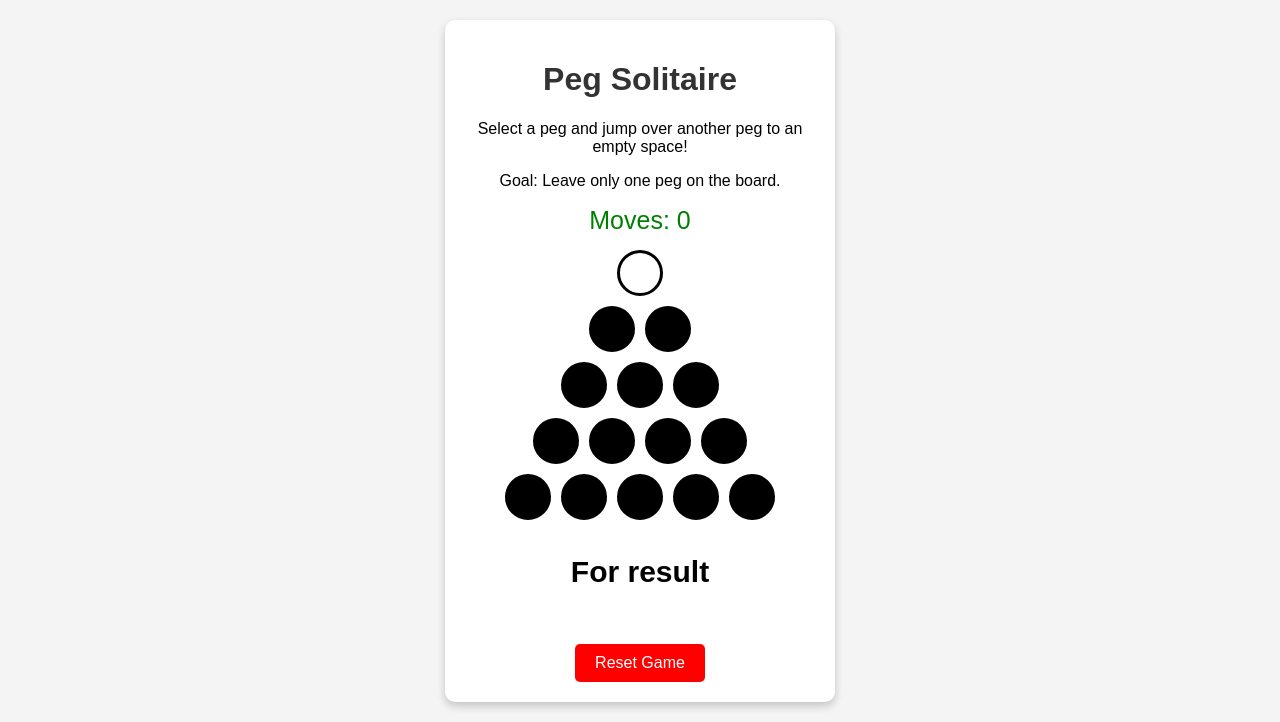
Repository: Yash19075/Mathematical-Peg-game
Page: Peg-game.html
The author's editor kept a copy of each file at every save. The page is drawn from the files as they stood at one save, then again after the next save.
The browser window is 1280 px wide. The pictures show the whole page.

Above is the page before, as saved 2025-03-19 11:06:23.

### Peg-game.html
<!DOCTYPE html>
<html lang="en">
<head>
    <meta charset="UTF-8">
    <meta name="viewport" content="width=device-width, initial-scale=1.0">
    <title>Peg Solitaire</title>
    <link rel="stylesheet" href="Peg-game.css">
</head>
<body>

    <div class="container">
        <h1>Peg Solitaire</h1>
        <p>Select a peg and jump over another peg to an empty space!</p>
        <p>Goal: Leave only one peg on the board.</p>

        <div class="move-counter">Moves: 0</div>

        <div class="peg-board">
            <div class="row">
                <div class="peg" onclick="selectPeg(event)"></div>
            </div>
            <div class="row">
                <div class="peg" onclick="selectPeg(event)"></div>
                <div class="peg" onclick="selectPeg(event)"></div>
            </div>
            <div class="row">
                <div class="peg" onclick="selectPeg(event)"></div>
                <div class="peg" onclick="selectPeg(event)"></div>
                <div class="peg" onclick="selectPeg(event)"></div>
            </div>
            <div class="row">
                <div class="peg" onclick="selectPeg(event)"></div>
                <div class="peg" onclick="selectPeg(event)"></div>
                <div class="peg" onclick="selectPeg(event)"></div>
                <div class="peg" onclick="selectPeg(event)"></div>
            </div>
            <div class="row">
                <div class="peg" onclick="selectPeg(event)"></div>
                <div class="peg" onclick="selectPeg(event)"></div>
                <div class="peg" onclick="selectPeg(event)"></div>
                <div class="peg" onclick="selectPeg(event)"></div>
                <div class="peg" onclick="selectPeg(event)"></div>
            </div>
        </div>
        <p class="Result">For result</p>
        <button id="reset-btn" onclick="resetGame()">Reset Game</button>
    </div>

    <script src="Peg-game.js"></script>
</body>
</html>

### Peg-game.css
body {
    font-family: Arial, sans-serif;
    text-align: center;
    background-color: #f4f4f4;
}

.container {
    margin: 20px auto;
    width: 350px;
    background: white;
    padding: 20px;
    border-radius: 10px;
    box-shadow: 0 4px 8px rgba(0, 0, 0, 0.2);
}

h1 {
    color: #333;
}

.peg-board {
    display: flex;
    flex-direction: column;
    align-items: center;
    margin-top: 10px;
}

.row {
    display: flex;
    justify-content: center;
}

.peg {
    width: 40px;
    height: 40px;
    margin: 5px;
    background-color: white;
    border: 3px solid black;
    border-radius: 50%;
    cursor: pointer;
}

.peg:hover {
    background-color: lightgray;
}

#reset-btn {
    margin-top: 25px;
    padding: 10px 20px;
    font-size: 16px;
    background-color: red;
    color: white;
    border: none;
    cursor: pointer;
    border-radius: 5px;
}

#reset-btn:hover {
    background-color: darkred;
}

.move-counter {
    font-size: 25px;
    margin-top: 15px;
    margin-bottom: 0px;
    color: green;
}

.Result{
    font-size: 30px;
    font-weight: bold;
}

### Peg-game.js
let peg = [
    [0],
    [1,1],
    [1,1,1],
    [1,1,1,1],
    [1,1,1,1,1]
];
var moves = [];
for(let r = 0; r<20;r++)
{
    moves[r] = [];
}

let pegs = document.querySelectorAll(".peg");
// console.log(pegs);
let index = 0;
for(let i = 0; i< peg.length; i++)
{
    for(let j = 0; j < peg[i].length; j++)
        {
            if(peg[i][j] == 1)
            {
                pegs[index].style.backgroundColor = "black";
            }
            // console.log(`Peg at (${i}, ${j}): ${peg[i][j]}`);
            pegs[index].dataset.row = i;
            pegs[index].dataset.col = j;
            index++;
        }
}

// for (let peg of pegs) {
//     console.log(`Peg at index ${peg.dataset.row}, ${peg.dataset.col}`);
// }
let countMoves = 0;
let selectedPeg;
function selectPeg(event)
{
    // console.log("👉 CLICKED ELEMENT:", event.target);
    // console.log("🔍 DATASET:", event.target.dataset);
    let moveCount;
    let selected = event.target;
    let rowNO = parseInt(selected.dataset.row);
    let colNO = parseInt(selected.dataset.col);
    // console.log("🔍 DATASET:", rowNO ,colNO);
    if (selected.style.backgroundColor === "green" ) return;
    // console.log(`Selected ${rowNO}, ${colNO}`);
    // console.log(`The value of peg is ${peg[rowNO][colNO]}`);
    moveCount = validMoves(rowNO,colNO);
    if(selectedPeg == selected)
    {
        selectedPeg = null;
        return;
    }
    selectedPeg = selected;
    // console.log("Selected peg is ", selectedPeg);
    // console.log(moves)
    // if(moveCount === 0)
    //     alert("No moves");
    for(let i = 0; i<moveCount;i++)
    {
        let target_row = moves[i][2];
        let target_col = moves[i][3];
        let index2 = move_to_index(target_row,target_col);
        pegs[index2].style.backgroundColor = "green";
        pegs[index2].addEventListener("click", movePeg)
    }
    // movePeg();
}

function movePeg(event) {
    // console.log("Selected peg is ", selectedPeg);
    let targeted = event.target;
    let targetRowNO = parseInt(targeted.dataset.row);
    let targetColNO = parseInt(targeted.dataset.col);

    let selectedRowNo = parseInt(selectedPeg.dataset.row);
    let selectedColNo = parseInt(selectedPeg.dataset.col);

    let midRowNo = (targetRowNO + selectedRowNo) / 2;
    let midColNo =(targetColNO + selectedColNo) / 2;

    if (peg[midRowNo][midColNo] == 0 || peg[targetRowNO][targetColNO] == 1 || peg[selectedRowNo][selectedColNo] == 0) {
        // console.log("Invalid move: Check peg positions.");
        return;
    }

    let selectedIndex = move_to_index(selectedRowNo, selectedColNo);
    let targetIndex = move_to_index(targetRowNO, targetColNO);
    let middleIndex = move_to_index(midRowNo, midColNo);

    peg[targetRowNO][targetColNO] = 1;
    peg[midRowNo][midColNo] = 0;
    peg[selectedRowNo][selectedColNo] = 0;

    // console.log(`Selected Peg: peg[${selectedRowNo}][${selectedColNo}] = ${peg[selectedRowNo][selectedColNo]}`);
    // console.log(`Mid Peg: peg[${midRowNo}][${midColNo}] = ${peg[midRowNo][midColNo]}`);
    // console.log(`Target Peg: peg[${targetRowNO}][${targetColNO}] = ${peg[targetRowNO][targetColNO]}`);

    // console.log(`move_to_index(${selectedRowNo}, ${selectedColNo}) = ${selectedIndex}`);
    // console.log(`move_to_index(${midRowNo}, ${midColNo}) = ${middleIndex}`);
    // console.log(`move_to_index(${targetRowNO}, ${targetColNO}) = ${targetIndex}`);
    // console.log(`selectedIndex: ${selectedIndex}, middleIndex: ${middleIndex}, targetIndex: ${targetIndex}`);
    // console.log(peg)

    pegs[selectedIndex].style.backgroundColor = "white";
    pegs[middleIndex].style.backgroundColor = "white";
    pegs[targetIndex].style.backgroundColor = "black";
    countMoves++;
    document.querySelector(".move-counter").innerHTML = `Moves: ${countMoves}`;


    pegs.forEach(peg => {
        if (peg.style.backgroundColor === "green") {
            peg.style.backgroundColor = "white";
            peg.removeEventListener("click", movePeg);
        }
    });

    selectedPeg = null;
    gameover();
}

function move_to_index(i,j)
{
    let index1 = (i*(i+1)/2)+j;
    return index1;
}


function validMoves(row, col) {
    var count = 0;
    moves = [];

    var target_r = row - 2;
    if (target_r >= 0 && peg[target_r][col] == 0 && peg[row - 1][col] == 1) {
        moves[count] = [row, col, target_r, col];
        count++;
    }

    if (target_r >= 0 && col - 2 >= 0 && peg[target_r][col - 2] == 0 && peg[row - 1][col - 1] == 1) {
        moves[count] = [row, col, target_r, col - 2];
        count++;
    }

    var backward_r = row + 2;
    if (backward_r < peg.length && peg[backward_r][col] == 0 && peg[row + 1][col] == 1) {
        moves[count] = [row, col, backward_r, col];
        count++;
    }

    if (backward_r < peg.length && col + 2 <= backward_r && peg[backward_r][col + 2] == 0 && peg[row + 1][col + 1] == 1) {
        moves[count] = [row, col, backward_r, col + 2];
        count++;
    }

    var backward_c = col - 2;
    if (backward_c >= 0 && peg[row][backward_c] == 0 && peg[row][col - 1] == 1) {
        moves[count] = [row, col, row, backward_c];
        count++;
    }

    var forward_c = col + 2;
    if (forward_c <= row && peg[row][forward_c] == 0 && peg[row][col + 1] == 1) {
        moves[count] = [row, col, row, forward_c];
        count++;
    }

    return count;
}

function resetGame() {
    peg = [
        [0],
        [1,1],
        [1,1,1],
        [1,1,1,1],
        [1,1,1,1,1]
    ];

    let index = 0;
    for (let i = 0; i < peg.length; i++) {
        for (let j = 0; j < peg[i].length; j++) {
            pegs[index].dataset.row = i;
            pegs[index].dataset.col = j;
            if (peg[i][j] === 1) {
                pegs[index].style.backgroundColor = "black";
            } else {
                pegs[index].style.backgroundColor = "white";
            }
            index++;
        }
    }

    selectedPeg = null;
}

function gameover()
{
    let pegCount = 0
    let hasMoves = false;
    for (let i = 0; i < peg.length; i++) {
        for (let j = 0; j < peg[i].length; j++) {
            if (peg[i][j] === 1) {
                pegCount++;
                if (validMoves(i, j) > 0) {
                    hasMoves = true; // There's at least one valid move
                }
            }
        }
    }
    if(pegCount == 1)
        document.querySelector(".Result").innerHTML = "You won";
    else if (!hasMoves)
        document.querySelector(".Result").innerHTML = "You lost";

}

After the next save:
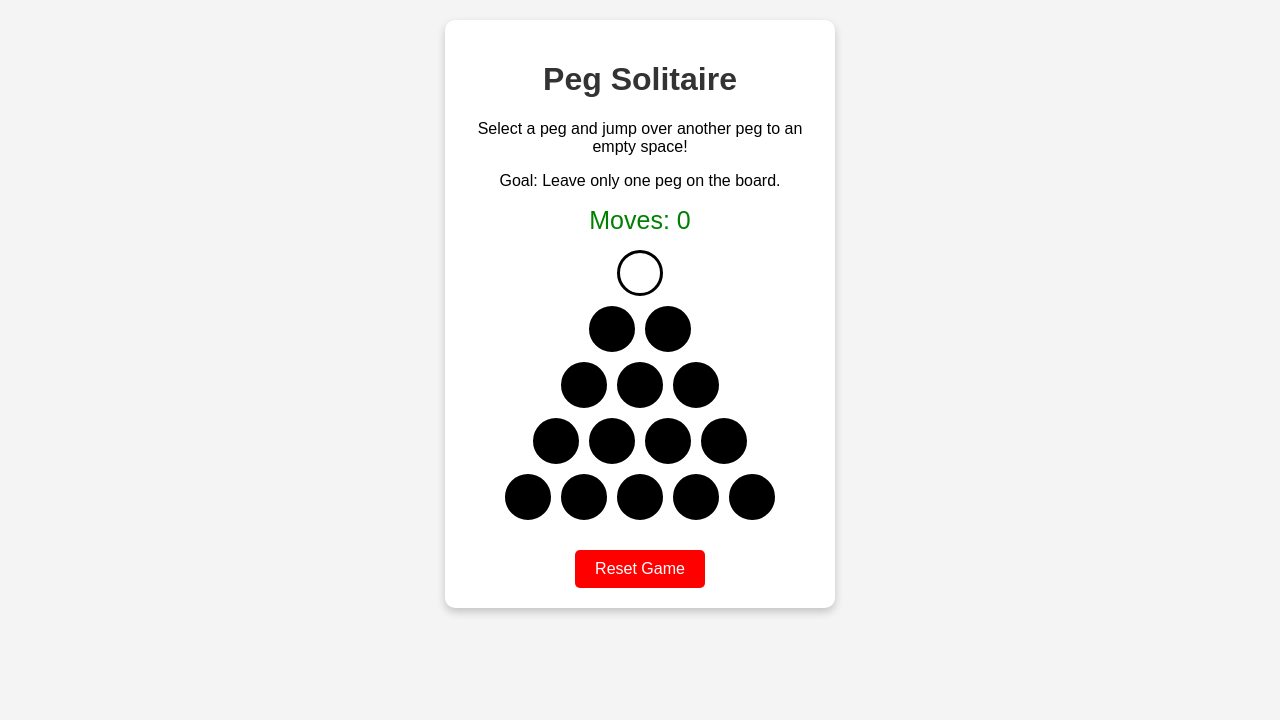
Saved 22 s later.
--- a/Peg-game.html
+++ b/Peg-game.html
@@ -42,7 +42,7 @@
                 <div class="peg" onclick="selectPeg(event)"></div>
             </div>
         </div>
-        <p class="Result">For result</p>
+        <div class="Result"></div>
         <button id="reset-btn" onclick="resetGame()">Reset Game</button>
     </div>
 
